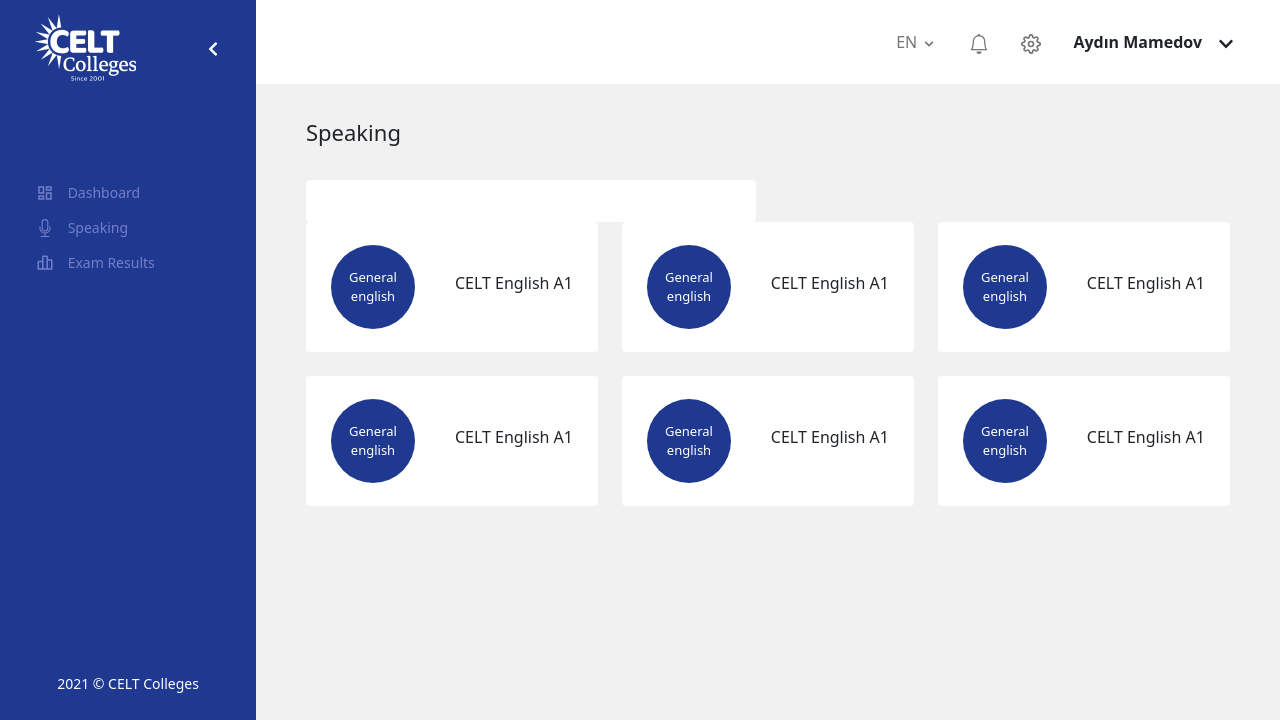
Repository: aydinws/celtapp
Page: /speaking
An editor plug-in stored every save of this project. The page is shown before and after the next save, followed by the edit.
The browser window is 1280 px wide. The pictures show the whole page.
The project was rebuilt for these pictures with package versions that can differ from the ones it lists, and the page was loaded fresh each time. Also part of the build but not shown: src/pages/Dashboard/index.js, src/pages/ExamResults/index.scss, src/components/Table/index.scss, src/components/Pagination/index.scss, src/components/Pagination/index.js, src/components/Table/index.js, src/pages/ExamResults/index.js.

Above is the page before, as saved 2021-06-09 23:54:07.

After the next save:
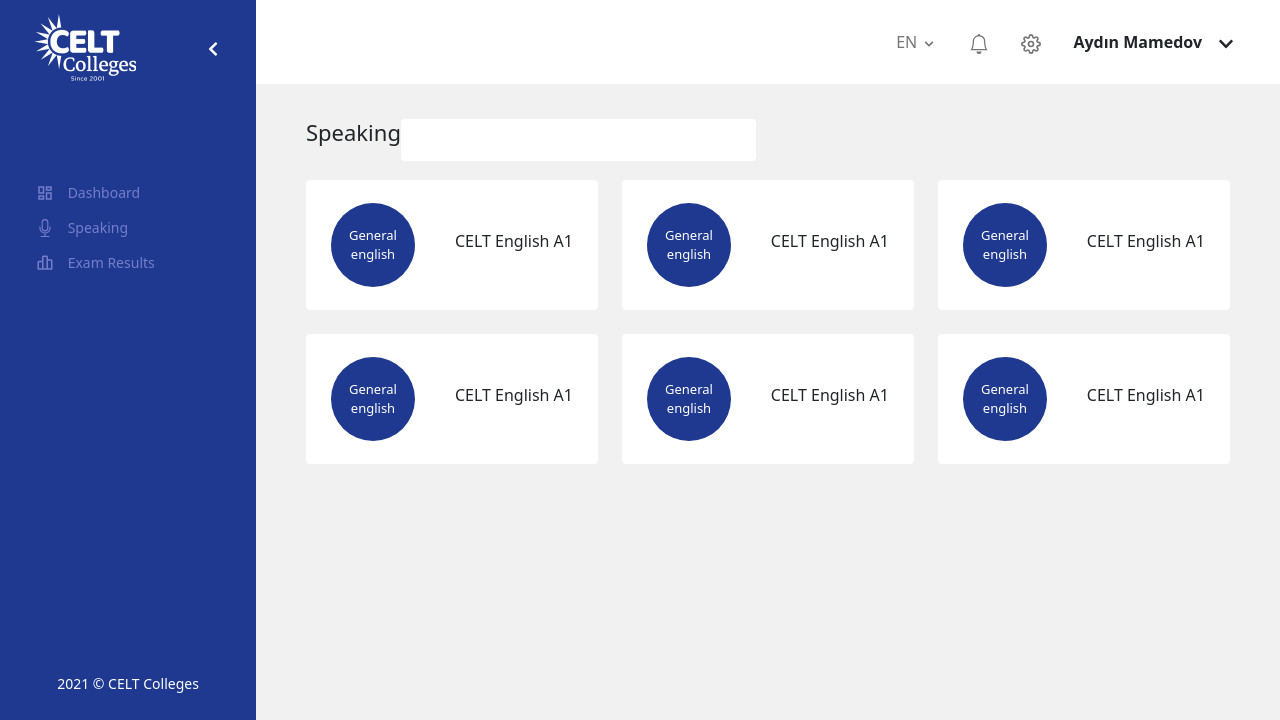
Saved 25 s later.
--- a/src/pages/Speakings/index.js
+++ b/src/pages/Speakings/index.js
@@ -21,8 +21,8 @@
 
                 <div className="section">
                     <div className="content-body-head">
-                        <div className="row d-flex">
-                            <div className="col-12 col-md-6">
+                        <div className="row">
+                            <div className="col-12 col-md-6 d-flex">
                                 <h3>Speaking</h3>
                                 <div className="select-option">
 
